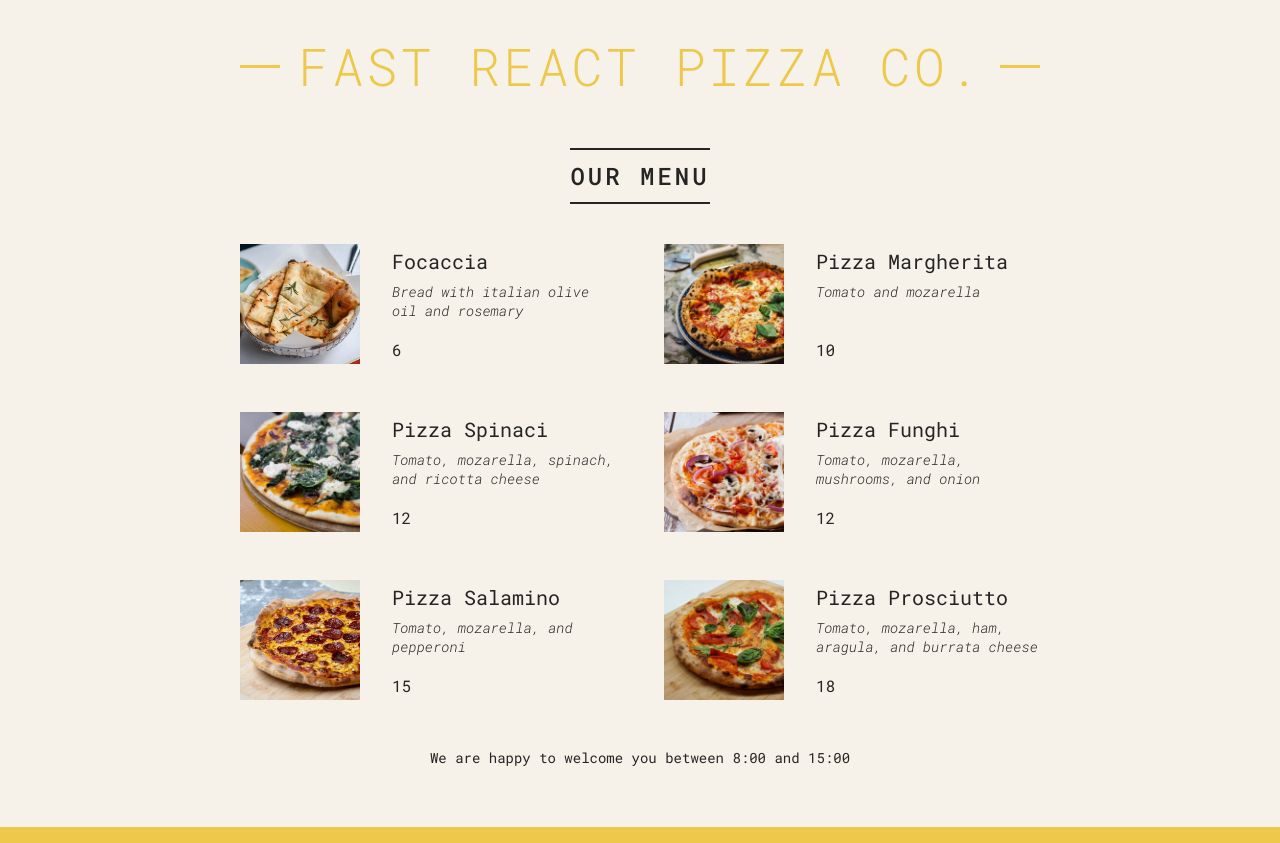
Repository: Aaryan-Poria/pizza-menu
Page: /
An editor plug-in stored every save of this project. The page is shown before and after the next save, followed by the edit.
The browser window is 1280 px wide. The pictures show the whole page.
The project was rebuilt for these pictures with package versions that can differ from the ones it lists, and the page was loaded fresh each time.

Above is the page before, as saved 2023-10-21 20:13:46.

After the next save:
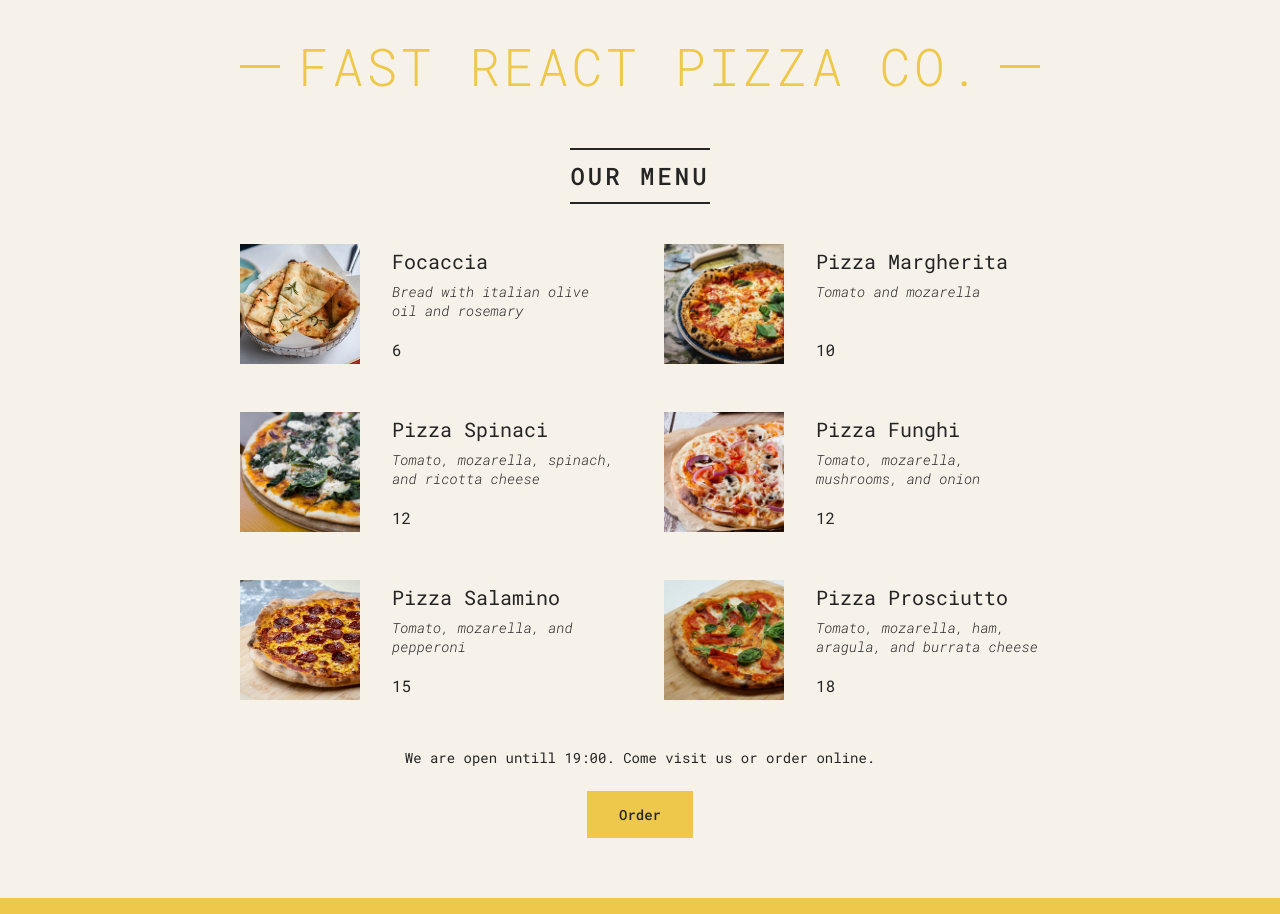
Saved 6 s later.
--- a/src/index.js
+++ b/src/index.js
@@ -119,7 +119,7 @@ function Pizza(props) {
 function Footer() {
   const hour = new Date().getHours();
   const openingHour = 8;
-  const closingHour = 15;
+  const closingHour = 19;
 
   const isOpen = hour >= openingHour && hour <= closingHour;
 
